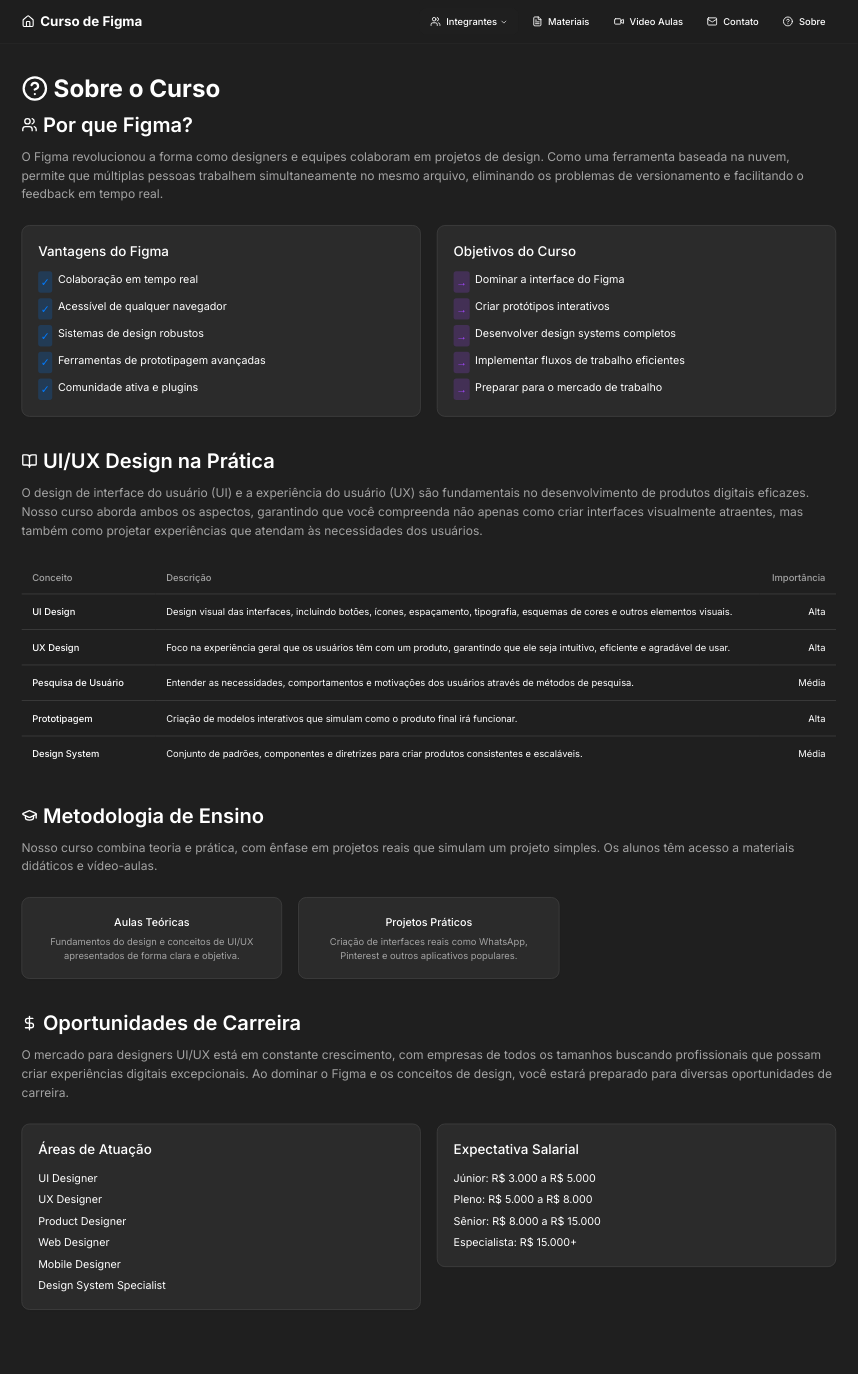
Repository: Geisbelly/figma-season-showcase-33
Page: /about
These files come from the project's save history. The page is drawn as it stood at one moment and after the next save; the edit follows.
The browser window is 1280 px wide. The pictures show the whole page, at 67% of full size.
The project was rebuilt for these pictures with package versions that can differ from the ones it lists, and the page was loaded fresh each time. Also part of the build but not shown: vite.config.ts, src/components/ui/tooltip.tsx, src/components/ui/badge.tsx, src/components/SeasonCard.tsx, src/pages/Index.tsx, src/pages/NotFound.tsx, src/data/membersData.ts, src/components/ui/avatar.tsx and 11 more.

Above is the page before, as saved 2025-04-30 11:35:26.

### index.html
<!DOCTYPE html>
<html lang="pt-br">
  <head>
    <meta charset="UTF-8" />
    <meta name="viewport" content="width=device-width, initial-scale=1.0" />
    <title>Curso de Figma</title>
    <meta name="description" content="Curso de Figma Ceulp Ulbra - Palmas" />
    <meta name="author" content="Geisbelly e Lovable" />

    <meta property="og:title" content="Curso de Figma" />
    <meta property="og:description" content="Curso de Figma Ceulp Ulbra - Palmas" />
    <meta property="og:type" content="website" />

    <meta name="twitter:card" content="summary_large_image" />
    <meta name="twitter:site" content="@geisbelly" />
  </head>

  <body>
    <div id="root"></div>
    <!-- IMPORTANT: DO NOT REMOVE THIS SCRIPT TAG OR THIS VERY COMMENT! -->
    <script src="https://cdn.gpteng.co/gptengineer.js" type="module"></script>
    <script type="module" src="/src/main.tsx"></script>
  </body>
</html>

### src/App.tsx

import { Toaster } from "@/components/ui/toaster";
import { Toaster as Sonner } from "@/components/ui/sonner";
import { TooltipProvider } from "@/components/ui/tooltip";
import { QueryClient, QueryClientProvider } from "@tanstack/react-query";
import { BrowserRouter, Routes, Route } from "react-router-dom";
import { Header } from "@/components/Header";
import Index from "./pages/Index";
import NotFound from "./pages/NotFound";
import MembersPage from "./pages/members/[edition]";
import MaterialsPage from "./pages/materials";
import LessonsPage from "./pages/lessons";
import VideosPage from "./pages/videos";
import ContactPage from "./pages/contact";
import AboutPage from "./pages/about";

const queryClient = new QueryClient();

const App = () => (
  <QueryClientProvider client={queryClient}>
    <TooltipProvider>
      <Toaster />
      <Sonner />
      <BrowserRouter>
        <Header />
        <div className="pt-16"> {/* Add top padding to prevent header overlap */}
          <Routes>
            <Route path="/" element={<Index />} />
            <Route path="/members/:edition" element={<MembersPage />} />
            <Route path="/materials" element={<MaterialsPage />} />
            {/* <Route path="/lessons" element={<LessonsPage />} /> */}
            <Route path="/videos" element={<VideosPage />} />
            <Route path="/contact" element={<ContactPage />} />
            <Route path="/about" element={<AboutPage />} />
            <Route path="*" element={<NotFound />} />
          </Routes>
        </div>
      </BrowserRouter>
    </TooltipProvider>
  </QueryClientProvider>
);

export default App;

### src/components/ui/toaster.tsx
import { useToast } from "@/hooks/use-toast"
import {
  Toast,
  ToastClose,
  ToastDescription,
  ToastProvider,
  ToastTitle,
  ToastViewport,
} from "@/components/ui/toast"

export function Toaster() {
  const { toasts } = useToast()

  return (
    <ToastProvider>
      {toasts.map(function ({ id, title, description, action, ...props }) {
        return (
          <Toast key={id} {...props}>
            <div className="grid gap-1">
              {title && <ToastTitle>{title}</ToastTitle>}
              {description && (
                <ToastDescription>{description}</ToastDescription>
              )}
            </div>
            {action}
            <ToastClose />
          </Toast>
        )
      })}
      <ToastViewport />
    </ToastProvider>
  )
}

### src/components/ui/sonner.tsx
import { useTheme } from "next-themes"
import { Toaster as Sonner, toast } from "sonner"

type ToasterProps = React.ComponentProps<typeof Sonner>

const Toaster = ({ ...props }: ToasterProps) => {
  const { theme = "system" } = useTheme()

  return (
    <Sonner
      theme={theme as ToasterProps["theme"]}
      className="toaster group"
      toastOptions={{
        classNames: {
          toast:
            "group toast group-[.toaster]:bg-background group-[.toaster]:text-foreground group-[.toaster]:border-border group-[.toaster]:shadow-lg",
          description: "group-[.toast]:text-muted-foreground",
          actionButton:
            "group-[.toast]:bg-primary group-[.toast]:text-primary-foreground",
          cancelButton:
            "group-[.toast]:bg-muted group-[.toast]:text-muted-foreground",
        },
      }}
      {...props}
    />
  )
}

export { Toaster, toast }

### src/pages/about/index.tsx

import { Card, CardContent } from "@/components/ui/card";
import { Table, TableBody, TableCell, TableHead, TableHeader, TableRow } from "@/components/ui/table";
import { HelpCircle, Users, BookOpen, GraduationCap, DollarSign, Clock } from "lucide-react";

const AboutPage = () => {
  return (
    <div className="container py-12">
      <h1 className="text-4xl font-bold mb-4 flex items-center gap-2">
        <HelpCircle className="h-10 w-10" />
        Sobre o Curso
      </h1>

      <div className="prose prose-invert max-w-none">
        <section className="mb-12">
          <h2 className="text-3xl font-semibold mb-4 flex items-center gap-2">
            <Users className="h-6 w-6" />
            Por que Figma?
          </h2>
          <p className="text-lg text-muted-foreground mb-6">
            O Figma revolucionou a forma como designers e equipes colaboram em projetos de design.
            Como uma ferramenta baseada na nuvem, permite que múltiplas pessoas trabalhem simultaneamente
            no mesmo arquivo, eliminando os problemas de versionamento e facilitando o feedback em tempo real.
          </p>
          <div className="grid grid-cols-1 md:grid-cols-2 gap-6 mt-8">
            <Card>
              <CardContent className="pt-6">
                <h3 className="text-xl font-medium mb-4">Vantagens do Figma</h3>
                <ul className="space-y-2">
                  <li className="flex items-start">
                    <span className="bg-primary/20 p-1 rounded mr-2 text-primary">✓</span>
                    Colaboração em tempo real
                  </li>
                  <li className="flex items-start">
                    <span className="bg-primary/20 p-1 rounded mr-2 text-primary">✓</span>
                    Acessível de qualquer navegador
                  </li>
                  <li className="flex items-start">
                    <span className="bg-primary/20 p-1 rounded mr-2 text-primary">✓</span>
                    Sistemas de design robustos
                  </li>
                  <li className="flex items-start">
                    <span className="bg-primary/20 p-1 rounded mr-2 text-primary">✓</span>
                    Ferramentas de prototipagem avançadas
                  </li>
                  <li className="flex items-start">
                    <span className="bg-primary/20 p-1 rounded mr-2 text-primary">✓</span>
                    Comunidade ativa e plugins
                  </li>
                </ul>
              </CardContent>
            </Card>
            <Card>
              <CardContent className="pt-6">
                <h3 className="text-xl font-medium mb-4">Objetivos do Curso</h3>
                <ul className="space-y-2">
                  <li className="flex items-start">
                    <span className="bg-secondary/20 p-1 rounded mr-2 text-secondary">→</span>
                    Dominar a interface do Figma
                  </li>
                  <li className="flex items-start">
                    <span className="bg-secondary/20 p-1 rounded mr-2 text-secondary">→</span>
                    Criar protótipos interativos
                  </li>
                  <li className="flex items-start">
                    <span className="bg-secondary/20 p-1 rounded mr-2 text-secondary">→</span>
                    Desenvolver design systems completos
                  </li>
                  <li className="flex items-start">
                    <span className="bg-secondary/20 p-1 rounded mr-2 text-secondary">→</span>
                    Implementar fluxos de trabalho eficientes
                  </li>
                  <li className="flex items-start">
                    <span className="bg-secondary/20 p-1 rounded mr-2 text-secondary">→</span>
                    Preparar para o mercado de trabalho
                  </li>
                </ul>
              </CardContent>
            </Card>
          </div>
        </section>

        <section className="mb-12">
          <h2 className="text-3xl font-semibold mb-4 flex items-center gap-2">
            <BookOpen className="h-6 w-6" />
            UI/UX Design na Prática
          </h2>
          <p className="text-lg text-muted-foreground mb-6">
            O design de interface do usuário (UI) e a experiência do usuário (UX) são fundamentais
            no desenvolvimento de produtos digitais eficazes. Nosso curso aborda ambos os aspectos,
            garantindo que você compreenda não apenas como criar interfaces visualmente atraentes,
            mas também como projetar experiências que atendam às necessidades dos usuários.
          </p>
          <div className="mt-8">
            <Table>
              <TableHeader>
                <TableRow>
                  <TableHead className="w-[200px]">Conceito</TableHead>
                  <TableHead>Descrição</TableHead>
                  <TableHead className="text-right">Importância</TableHead>
                </TableRow>
              </TableHeader>
              <TableBody>
                <TableRow>
                  <TableCell className="font-medium">UI Design</TableCell>
                  <TableCell>Design visual das interfaces, incluindo botões, ícones, espaçamento, tipografia, esquemas de cores e outros elementos visuais.</TableCell>
                  <TableCell className="text-right">Alta</TableCell>
                </TableRow>
                <TableRow>
                  <TableCell className="font-medium">UX Design</TableCell>
                  <TableCell>Foco na experiência geral que os usuários têm com um produto, garantindo que ele seja intuitivo, eficiente e agradável de usar.</TableCell>
                  <TableCell className="text-right">Alta</TableCell>
                </TableRow>
                <TableRow>
                  <TableCell className="font-medium">Pesquisa de Usuário</TableCell>
                  <TableCell>Entender as necessidades, comportamentos e motivações dos usuários através de métodos de pesquisa.</TableCell>
                  <TableCell className="text-right">Média</TableCell>
                </TableRow>
                <TableRow>
                  <TableCell className="font-medium">Prototipagem</TableCell>
                  <TableCell>Criação de modelos interativos que simulam como o produto final irá funcionar.</TableCell>
                  <TableCell className="text-right">Alta</TableCell>
                </TableRow>
                <TableRow>
                  <TableCell className="font-medium">Design System</TableCell>
                  <TableCell>Conjunto de padrões, componentes e diretrizes para criar produtos consistentes e escaláveis.</TableCell>
                  <TableCell className="text-right">Média</TableCell>
                </TableRow>
              </TableBody>
            </Table>
          </div>
        </section>

        <section className="mb-12">
          <h2 className="text-3xl font-semibold mb-4 flex items-center gap-2">
            <GraduationCap className="h-6 w-6" />
            Metodologia de Ensino
          </h2>
          <p className="text-lg text-muted-foreground mb-6">
            Nosso curso combina teoria e prática, com ênfase em projetos reais que simulam um projeto simples.
            Os alunos têm acesso a materiais didáticos e vídeo-aulas.
          </p>
          <div className="grid grid-cols-1 md:grid-cols-3 gap-6 mt-8">
            <Card>
              <CardContent className="pt-6">
                <h3 className="font-medium text-center mb-2">Aulas Teóricas</h3>
                <p className="text-sm text-muted-foreground text-center">
                  Fundamentos do design e conceitos de UI/UX apresentados de forma clara e objetiva.
                </p>
              </CardContent>
            </Card>
            <Card>
              <CardContent className="pt-6">
                <h3 className="font-medium text-center mb-2">Projetos Práticos</h3>
                <p className="text-sm text-muted-foreground text-center">
                  Criação de interfaces reais como WhatsApp, Pinterest e outros aplicativos populares.
                </p>
              </CardContent>
            </Card>
            {/* <Card>
              <CardContent className="pt-6">
                <h3 className="font-medium text-center mb-2">Feedback Constante</h3>
                <p className="text-sm text-muted-foreground text-center">
                  Avaliação detalhada dos projetos com sugestões de melhorias e direcionamento.
                </p>
              </CardContent>
            </Card> */}
          </div>
        </section>

        <section className="mb-12">
          <h2 className="text-3xl font-semibold mb-4 flex items-center gap-2">
            <DollarSign className="h-6 w-6" />
            Oportunidades de Carreira
          </h2>
          <p className="text-lg text-muted-foreground mb-6">
            O mercado para designers UI/UX está em constante crescimento, com empresas de todos os tamanhos
            buscando profissionais que possam criar experiências digitais excepcionais. Ao dominar o Figma
            e os conceitos de design, você estará preparado para diversas oportunidades de carreira.
          </p>
          <div className="grid grid-cols-1 md:grid-cols-2 gap-6 mt-8">
            <Card>
              <CardContent className="pt-6">
                <h3 className="text-xl font-medium mb-4">Áreas de Atuação</h3>
                <ul className="space-y-2">
                  <li>UI Designer</li>
                  <li>UX Designer</li>
                  <li>Product Designer</li>
                  <li>Web Designer</li>
                  <li>Mobile Designer</li>
                  <li>Design System Specialist</li>
                </ul>
              </CardContent>
            </Card>
            <Card>
              <CardContent className="pt-6">
                <h3 className="text-xl font-medium mb-4">Expectativa Salarial</h3>
                <ul className="space-y-2">
                  <li>Júnior: R$ 3.000 a R$ 5.000</li>
                  <li>Pleno: R$ 5.000 a R$ 8.000</li>
                  <li>Sênior: R$ 8.000 a R$ 15.000</li>
                  <li>Especialista: R$ 15.000+</li>
                </ul>
              </CardContent>
            </Card>
          </div>
        </section>


      </div>
    </div>
  );
};

export default AboutPage;

### src/components/ui/button.tsx
import * as React from "react"
import { Slot } from "@radix-ui/react-slot"
import { cva, type VariantProps } from "class-variance-authority"

import { cn } from "@/lib/utils"

const buttonVariants = cva(
  "inline-flex items-center justify-center gap-2 whitespace-nowrap rounded-md text-sm font-medium ring-offset-background transition-colors focus-visible:outline-none focus-visible:ring-2 focus-visible:ring-ring focus-visible:ring-offset-2 disabled:pointer-events-none disabled:opacity-50 [&_svg]:pointer-events-none [&_svg]:size-4 [&_svg]:shrink-0",
  {
    variants: {
      variant: {
        default: "bg-primary text-primary-foreground hover:bg-primary/90",
        destructive:
          "bg-destructive text-destructive-foreground hover:bg-destructive/90",
        outline:
          "border border-input bg-background hover:bg-accent hover:text-accent-foreground",
        secondary:
          "bg-secondary text-secondary-foreground hover:bg-secondary/80",
        ghost: "hover:bg-accent hover:text-accent-foreground",
        link: "text-primary underline-offset-4 hover:underline",
      },
      size: {
        default: "h-10 px-4 py-2",
        sm: "h-9 rounded-md px-3",
        lg: "h-11 rounded-md px-8",
        icon: "h-10 w-10",
      },
    },
    defaultVariants: {
      variant: "default",
      size: "default",
    },
  }
)

export interface ButtonProps
  extends React.ButtonHTMLAttributes<HTMLButtonElement>,
    VariantProps<typeof buttonVariants> {
  asChild?: boolean
}

const Button = React.forwardRef<HTMLButtonElement, ButtonProps>(
  ({ className, variant, size, asChild = false, ...props }, ref) => {
    const Comp = asChild ? Slot : "button"
    return (
      <Comp
        className={cn(buttonVariants({ variant, size, className }))}
        ref={ref}
        {...props}
      />
    )
  }
)
Button.displayName = "Button"

export { Button, buttonVariants }

### src/components/ui/card.tsx
import * as React from "react"

import { cn } from "@/lib/utils"
import { Link } from "react-router-dom";

const Card = React.forwardRef<
  HTMLDivElement,
  React.HTMLAttributes<HTMLDivElement>
>(({ className, resource, ...props }: { className?: string; resource: string } & React.HTMLAttributes<HTMLDivElement>, ref) => (
  <Link to={resource} className="w-full">
  <div
    ref={ref}
    className={cn(
      "rounded-lg border bg-card text-card-foreground shadow-sm",
      className
    )}
    {...props}
  />
  </Link>
))
Card.displayName = "Card"

const CardHeader = React.forwardRef<
  HTMLDivElement,
  React.HTMLAttributes<HTMLDivElement>
>(({ className, ...props }, ref) => (
  <div
    ref={ref}
    className={cn("flex flex-col space-y-1.5 p-6", className)}
    {...props}
  />
))
CardHeader.displayName = "CardHeader"

const CardTitle = React.forwardRef<
  HTMLParagraphElement,
  React.HTMLAttributes<HTMLHeadingElement>
>(({ className, ...props }, ref) => (
  <h3
    ref={ref}
    className={cn(
      "text-2xl font-semibold leading-none tracking-tight",
      className
    )}
    {...props}
  />
))
CardTitle.displayName = "CardTitle"

const CardDescription = React.forwardRef<
  HTMLParagraphElement,
  React.HTMLAttributes<HTMLParagraphElement>
>(({ className, ...props }, ref) => (
  <p
    ref={ref}
    className={cn("text-sm text-muted-foreground", className)}
    {...props}
  />
))
CardDescription.displayName = "CardDescription"

const CardContent = React.forwardRef<
  HTMLDivElement,
  React.HTMLAttributes<HTMLDivElement>
>(({ className, ...props }, ref) => (
  <div ref={ref} className={cn("p-6 pt-0", className)} {...props} />
))
CardContent.displayName = "CardContent"

const CardFooter = React.forwardRef<
  HTMLDivElement,
  React.HTMLAttributes<HTMLDivElement>
>(({ className, ...props }, ref) => (
  <div
    ref={ref}
    className={cn("flex items-center p-6 pt-0", className)}
    {...props}
  />
))
CardFooter.displayName = "CardFooter"

export { Card, CardHeader, CardFooter, CardTitle, CardDescription, CardContent }

### src/components/ui/table.tsx
import * as React from "react"

import { cn } from "@/lib/utils"

const Table = React.forwardRef<
  HTMLTableElement,
  React.HTMLAttributes<HTMLTableElement>
>(({ className, ...props }, ref) => (
  <div className="relative w-full overflow-auto">
    <table
      ref={ref}
      className={cn("w-full caption-bottom text-sm", className)}
      {...props}
    />
  </div>
))
Table.displayName = "Table"

const TableHeader = React.forwardRef<
  HTMLTableSectionElement,
  React.HTMLAttributes<HTMLTableSectionElement>
>(({ className, ...props }, ref) => (
  <thead ref={ref} className={cn("[&_tr]:border-b", className)} {...props} />
))
TableHeader.displayName = "TableHeader"

const TableBody = React.forwardRef<
  HTMLTableSectionElement,
  React.HTMLAttributes<HTMLTableSectionElement>
>(({ className, ...props }, ref) => (
  <tbody
    ref={ref}
    className={cn("[&_tr:last-child]:border-0", className)}
    {...props}
  />
))
TableBody.displayName = "TableBody"

const TableFooter = React.forwardRef<
  HTMLTableSectionElement,
  React.HTMLAttributes<HTMLTableSectionElement>
>(({ className, ...props }, ref) => (
  <tfoot
    ref={ref}
    className={cn(
      "border-t bg-muted/50 font-medium [&>tr]:last:border-b-0",
      className
    )}
    {...props}
  />
))
TableFooter.displayName = "TableFooter"

const TableRow = React.forwardRef<
  HTMLTableRowElement,
  React.HTMLAttributes<HTMLTableRowElement>
>(({ className, ...props }, ref) => (
  <tr
    ref={ref}
    className={cn(
      "border-b transition-colors hover:bg-muted/50 data-[state=selected]:bg-muted",
      className
    )}
    {...props}
  />
))
TableRow.displayName = "TableRow"

const TableHead = React.forwardRef<
  HTMLTableCellElement,
  React.ThHTMLAttributes<HTMLTableCellElement>
>(({ className, ...props }, ref) => (
  <th
    ref={ref}
    className={cn(
      "h-12 px-4 text-left align-middle font-medium text-muted-foreground [&:has([role=checkbox])]:pr-0",
      className
    )}
    {...props}
  />
))
TableHead.displayName = "TableHead"

const TableCell = React.forwardRef<
  HTMLTableCellElement,
  React.TdHTMLAttributes<HTMLTableCellElement>
>(({ className, ...props }, ref) => (
  <td
    ref={ref}
    className={cn("p-4 align-middle [&:has([role=checkbox])]:pr-0", className)}
    {...props}
  />
))
TableCell.displayName = "TableCell"

const TableCaption = React.forwardRef<
  HTMLTableCaptionElement,
  React.HTMLAttributes<HTMLTableCaptionElement>
>(({ className, ...props }, ref) => (
  <caption
    ref={ref}
    className={cn("mt-4 text-sm text-muted-foreground", className)}
    {...props}
  />
))
TableCaption.displayName = "TableCaption"

export {
  Table,
  TableHeader,
  TableBody,
  TableFooter,
  TableHead,
  TableRow,
  TableCell,
  TableCaption,
}

Loaded but not shown: src/main.tsx (common file); src/index.css (common file); src/hooks/use-toast.ts (common file); src/lib/utils.ts (common file); tailwind.config.ts (common file); src/components/ui/navigation-menu.tsx (128 lines, source omitted); src/components/ui/toast.tsx (127 lines, source omitted); src/components/Header.tsx (83 lines, source omitted)

After the next save:
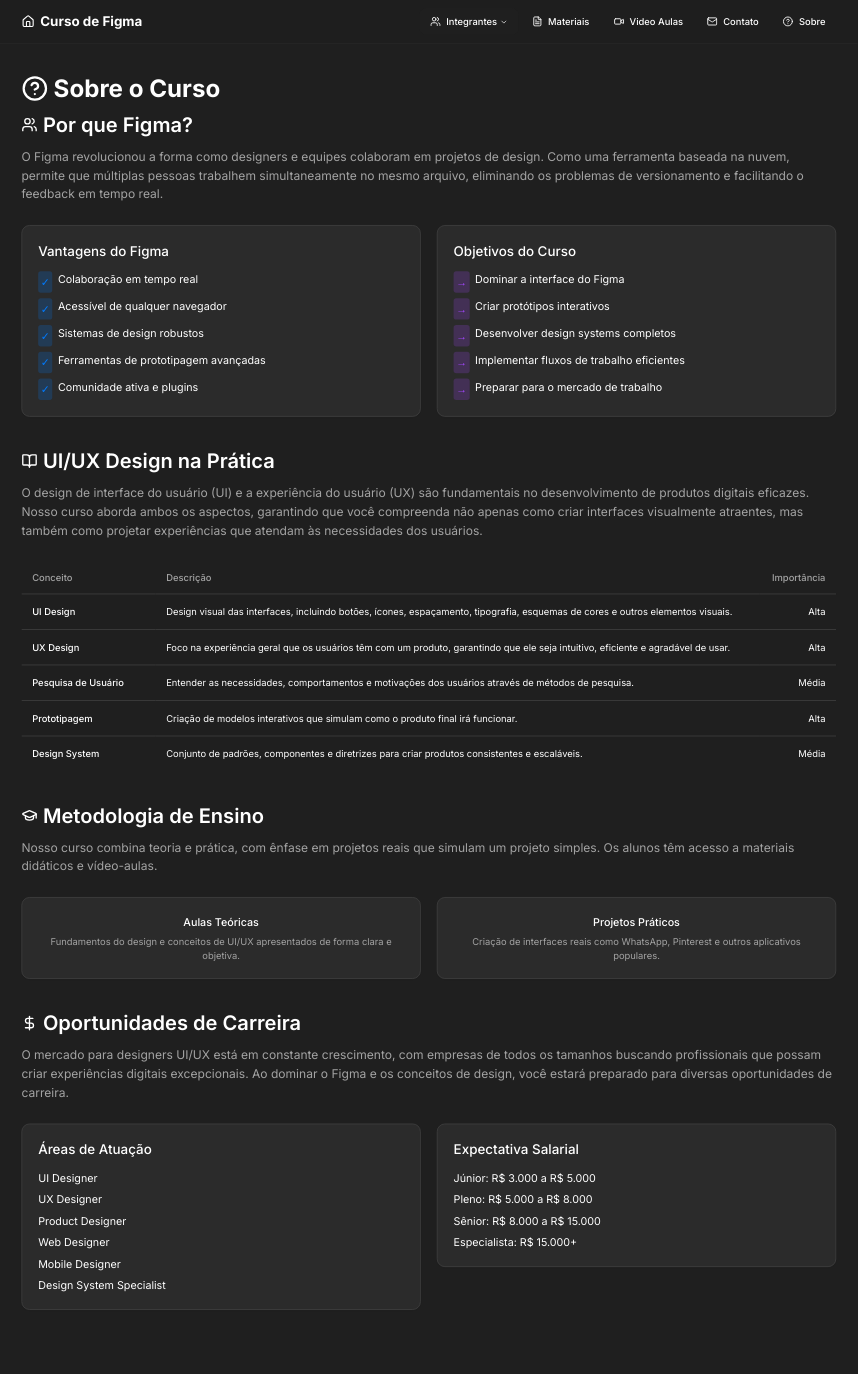
Saved 6 s later.
--- a/src/pages/about/index.tsx
+++ b/src/pages/about/index.tsx
@@ -140,7 +140,7 @@
             Nosso curso combina teoria e prática, com ênfase em projetos reais que simulam um projeto simples.
             Os alunos têm acesso a materiais didáticos e vídeo-aulas.
           </p>
-          <div className="grid grid-cols-1 md:grid-cols-3 gap-6 mt-8">
+          <div className="grid grid-cols-1 md:grid-cols-2 gap-6 mt-8">
             <Card>
               <CardContent className="pt-6">
                 <h3 className="font-medium text-center mb-2">Aulas Teóricas</h3>
